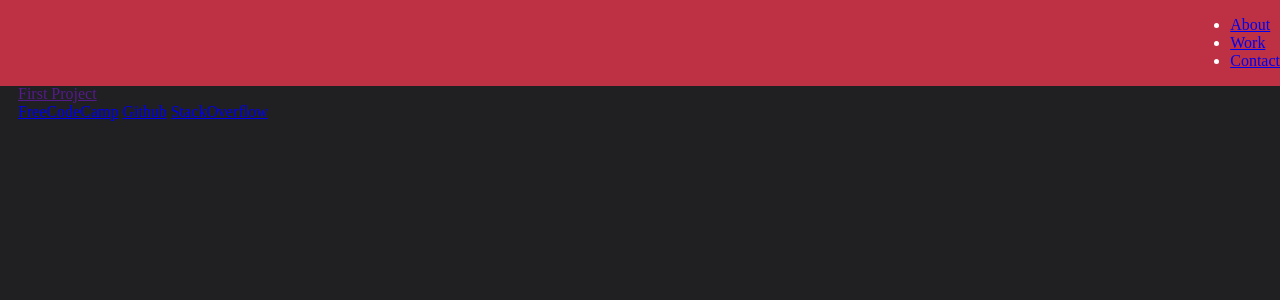
Repository: justicebhekani88/microverse_portfolio_project
Page: index.html
The author's editor kept a copy of each file at every save. The page is drawn from the files as they stood at one save, then again after the next save.
The browser window is 1280 px wide. The pictures show the whole page.

Above is the page before, as saved 2022-07-21 14:46:50.

After the next save:
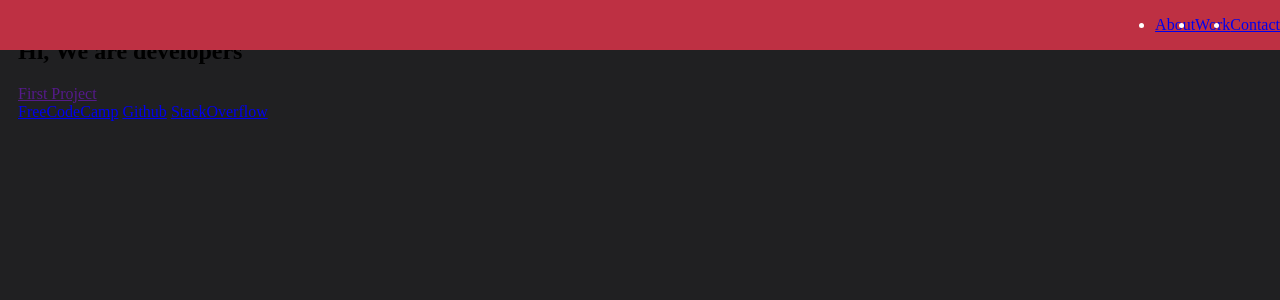
Saved 26 s later.
--- a/style.css
+++ b/style.css
@@ -12,3 +12,7 @@ nav {
     width: 100%;
     background: #BE3043;
 }
+
+#nav-list {
+    display: flex;
+}
